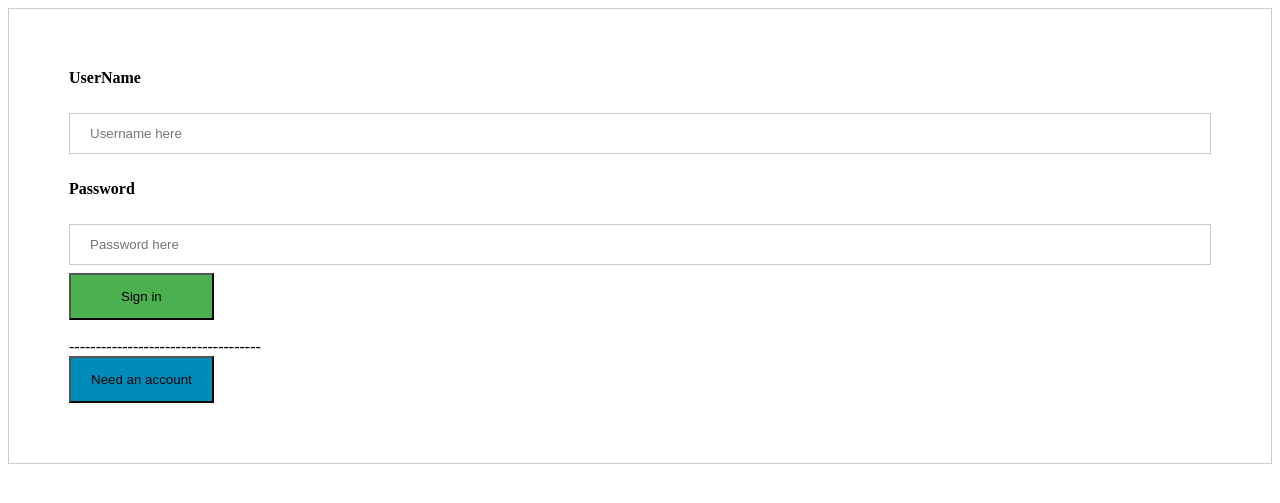
Repository: hamshini/demopro
Page: wippro/Application/WebContent/signin.html
An editor plug-in stored every save of this project. The page is shown before and after the next save, followed by the edit.
The browser window is 1280 px wide. The pictures show the whole page.

Above is the page before, as saved 2018-01-06 05:59:13.

### wippro/Application/WebContent/signin.html
<!DOCTYPE html>
<html>
<head>
<meta charset="ISO-8859-1">
<title>SignIn</title>
</head>
<style>
input[type=text], input[type=password] {
    width: 100%;
    padding: 12px 20px;
    margin: 8px 0;
    display: inline-block;
    border: 1px solid #ccc;
    box-sizing: border-box;
}

.needacc {
	padding: 14px 20px;
	background-color: #008CBA;
}
.container {
    padding: 60px;
}

.signinbtn {
	padding: 14px 50px;
	background-color: #4CAF50;
}
</style>
<body>
	<form action="/action_page.php" style="border:1px solid #ccc">
	 <div class="container">
		<div class="form-group">
			<label><b>UserName</b></label><br>
			<br>
			<input type="text"
				placeholder="Username here" class="form-control" name="user"
				required><br>
				<br>
				 <label><b>Password</b></label> <br>
				<br>
			<input type="password" placeholder="Password here" class="form-control"
				name="pwd" required> <br>
		</div>
		<div class="clearfix">
			<button type="button" class="signinbtn">Sign in</button>

		</div>
		<br>------------------------------------</br>
		<div class="clearfix">
			<button type="button" class="needacc">Need an account</button>

		</div>
		</div>
	</form>
</body>
</html>

After the next save:
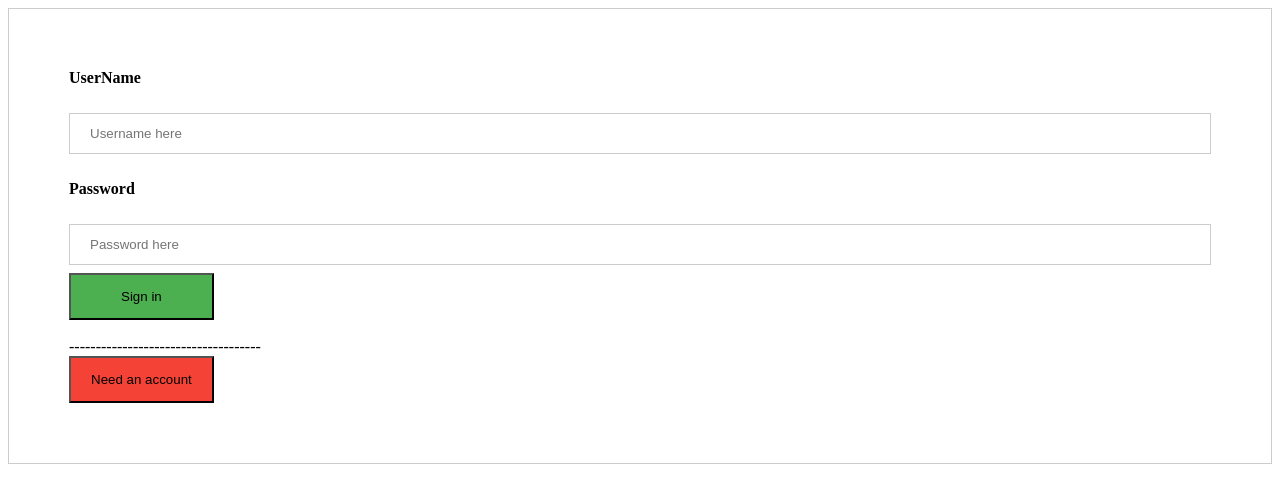
Saved 2 min 49 s later.
--- a/wippro/Application/WebContent/signin.html
+++ b/wippro/Application/WebContent/signin.html
@@ -16,7 +16,7 @@ input[type=text], input[type=password] {
 
 .needacc {
 	padding: 14px 20px;
-	background-color: #008CBA;
+	background-color: #f44336;
 }
 .container {
     padding: 60px;
